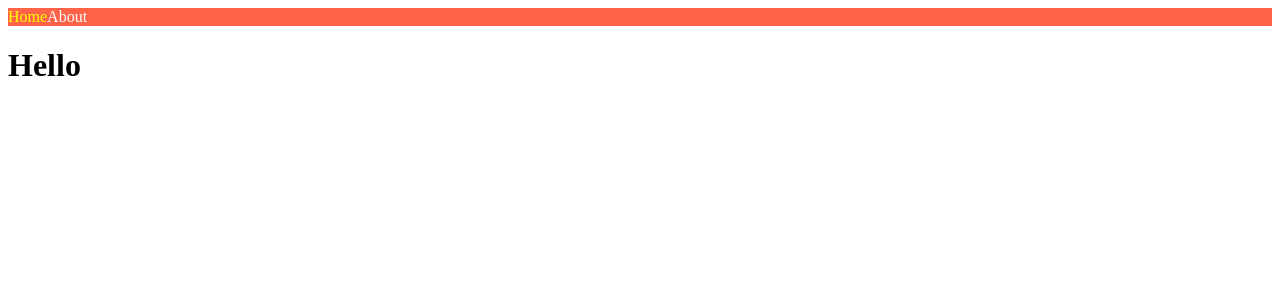
Repository: JulyK9/nextjsstart
Page: /
An editor plug-in stored every save of this project. The page is shown before and after the next save, followed by the edit.
The browser window is 1280 px wide. The pictures show the whole page.
The project was rebuilt for these pictures with package versions that can differ from the ones it lists, and the page was loaded fresh each time. Some packages were replaced by stand-ins written for this rebuild. The framework's server and built-in components were replaced by stand-ins that run in the browser. Also part of the build but not shown: next.config.js.

Above is the page before, as saved 2022-06-09 14:27:43.

After the next save:
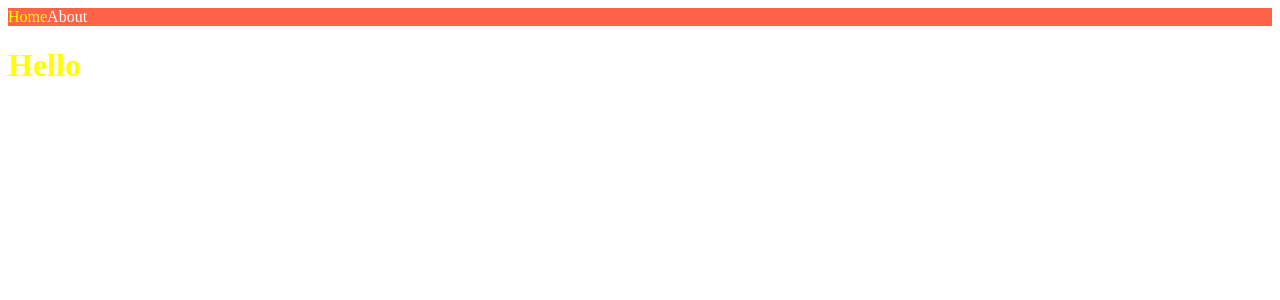
Saved 40 min 13 s later.
--- a/pages/index.js
+++ b/pages/index.js
@@ -4,7 +4,7 @@
   return (
     <div>
       <NavBar />
-      <h1>Hello</h1>
+      <h1 className="active">Hello</h1>
       <style jsx>{`
         a {
           color: white;
